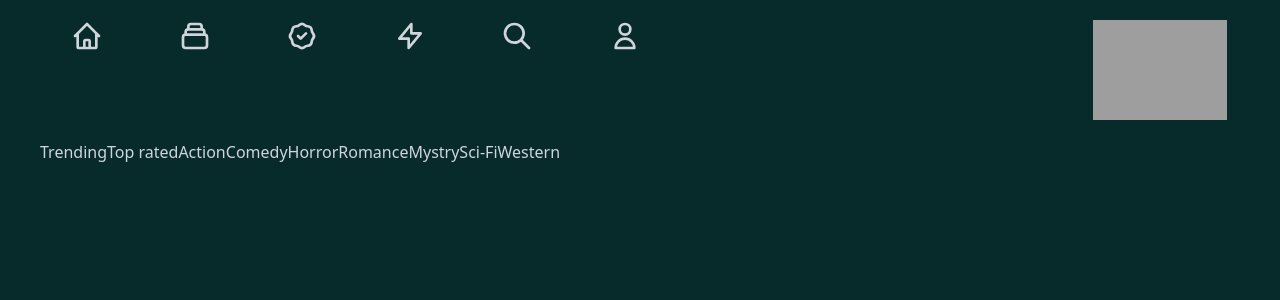
Repository: husainmamuwala/hulu-clone
Page: /
These files come from the project's save history. The page is drawn as it stood at one moment and after a run of saves; the edit follows.
The browser window is 1280 px wide. The pictures show the whole page.
Pictures or frames that could not be fetched are drawn as grey boxes. The project was rebuilt for these pictures with package versions that can differ from the ones it lists, and the page was loaded fresh each time. The framework's server and built-in components were replaced by stand-ins that run in the browser. Also part of the build but not shown: next.config.js.

Above is the page before, as saved 2022-08-08 00:15:58.

After the next 3 saves:
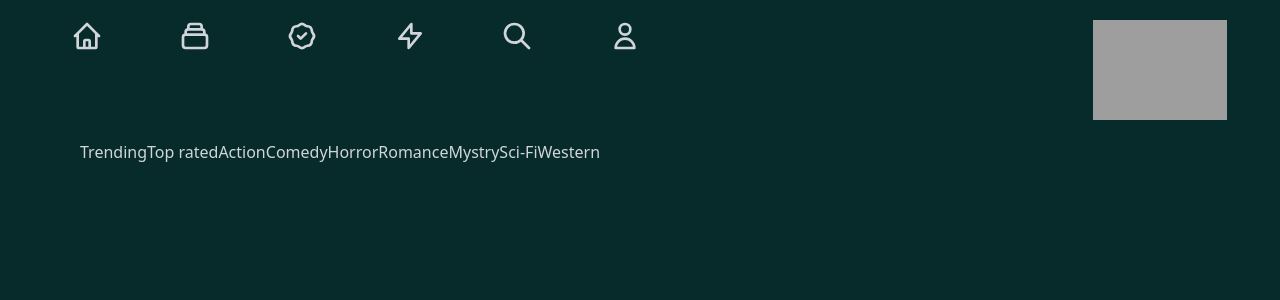
The 3 saves are shown as one change because they came seconds apart.
The last was saved 9 s later.
--- a/components/Nav.js
+++ b/components/Nav.js
@@ -3,7 +3,7 @@ import requests from '../utils/requests'
 
 function Nav() {
   return (
-    <div className='flex px-10'>
+    <div className='flex px-10 sm:px-20'>
         {Object.entries(requests).map(([key,{title,url}]) =>
         <h2 key={key} className="cursor-pointer transition duration-100
         hover:scale-125 hover:text-white active:text-red-500">{title}</h2>
